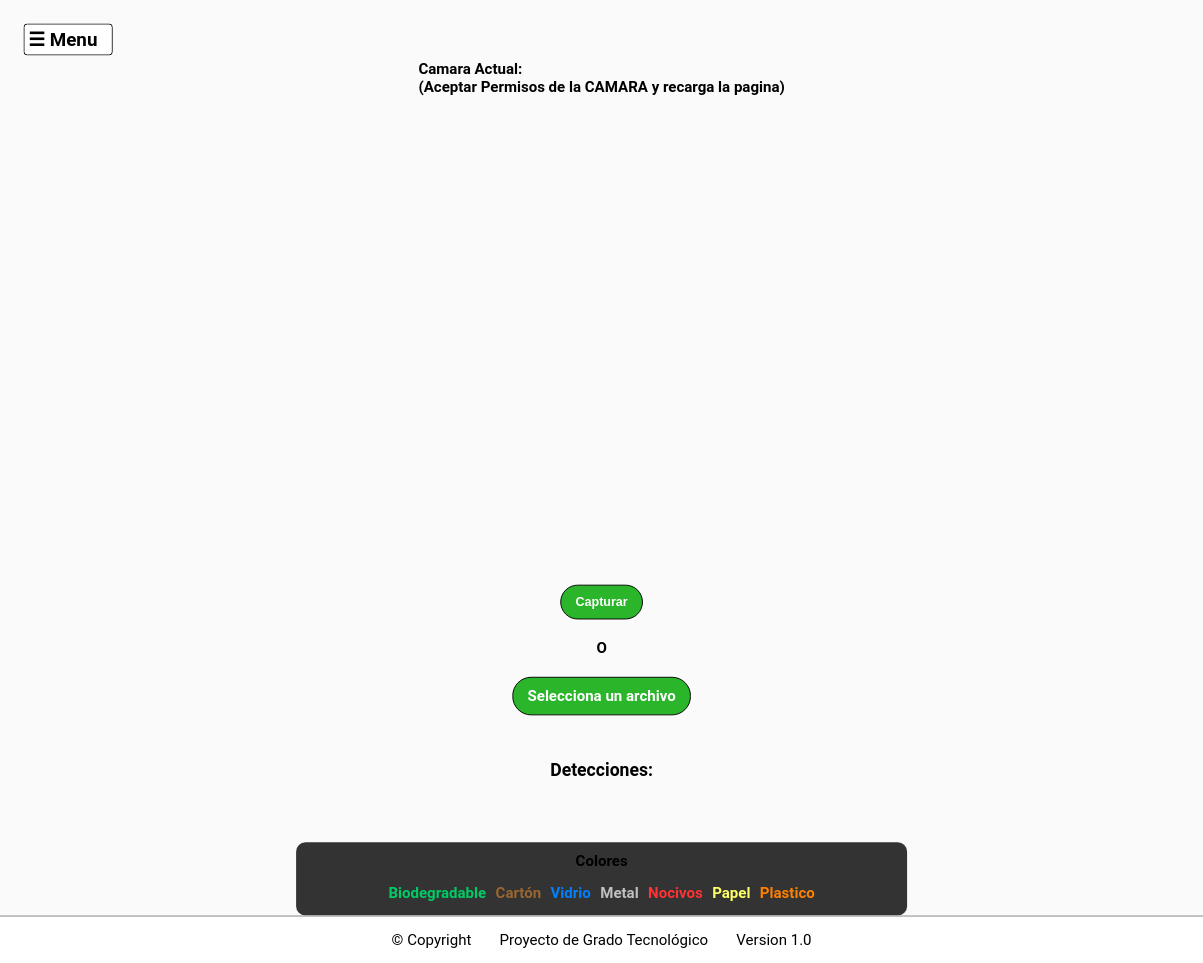
Repository: castecabas/Recicladora
Page: http://localhost/model
These files come from the project's save history. The page is drawn as it stood at one moment and after the next save; the edit follows.
The browser window is 1280 px wide. The pictures show the whole page, at 94% of full size.
Pictures or frames that could not be fetched are drawn as grey boxes. The page is served by the project's application, run on Flask 3 (src/index.py). Other server files are loaded and not shown.

Above is the page before, as saved 2024-12-22 20:34:26.

### src/templates/model.html
<!DOCTYPE html>
<html lang="en">

<head>
    <meta charset="UTF-8">
    <meta name="viewport" content="width=device-width, initial-scale=1.0">
    <title>Clasificador</title>
    <link rel="stylesheet" href="{{ url_for('static', filename='css/model.css') }}">
    <link rel="shortcut icon" href="https://i.postimg.cc/gk7MpWkm/logo.webp" />
</head>

<body>
    <span class="btn_openmenu" onclick="openNav()">&#9776; Menu</span><br><br>
    <nav class="aside" id="aside">
        <div class="overlay"></div>
        <img class="aside_logo" src="https://i.postimg.cc/gk7MpWkm/logo.webp">
        <h1 style="text-decoration: underline;">Opciones</h1>

        <label for="confidenceThreshold">
            <span class="tooltip-container">
                <img class="logo_x"
                    src="https://images.vexels.com/media/users/3/152347/isolated/preview/27304b9b14ce9bd8a28ca637ed92070e-icono-de-signo-de-interrogacion-de-circulo-azul.png"
                    alt="Ayuda">
                <span class="tooltip-text">Es la probabilidad que determina en las predicciones,si es alto es más
                    confiable, aunque puede omitir objetos al no cumplir dicho porcentaje. Si es bajo, será menos
                    confiable, pero detectará aún más.</span>
            </span>
            Umbral de Confianza:
        </label>
        <input type="range" id="confidenceThreshold" min="0.1" max="0.8" step="0.01" value="0.5">
        <span id="confidenceValue" style="color: white;">0.5</span>

        <label for="SwitchCamera">Camara</label>
        <button id="switchCameraBtn">Cambiar de dispositivo</button>
        </a>
        <label class="nav-link-aside" for="darkModeToggle"><input type="checkbox" class="btn_darkmode"
                id="darkModeToggle" hidden>
            Modo Oscuro</label>
        <br>
        <a href="javascript:void(0)" class="closebtn" onclick="closeNav()">Cerrar Menú</a>
        <a href="{{ url_for('index') }}" class="nav-link">Ir a Inicio</a>
    </nav>

    <div class="container">
        <main>
            <div>
                <div>
                    <p>Camara Actual: <span id="currentCamera"></span><br>
                        (Aceptar Permisos de la CAMARA y recarga la pagina)</p>
                    <video id="video" width="640" height="480" autoplay></video><br>
                    <button id="captureBtn">Capturar</button>
                    <p>O</p>
                    <input type="file" id="fileInput" hidden accept="image/*,video/*">
                    <label for="fileInput" id="fileinputlabel">Selecciona un archivo</label>
                </div>
                <br>
                <img id="resultImage">
            </div>
            <canvas id="canvas" width="640" height="480" style="display:none;"></canvas>
            <div>
                <h3>Detecciones:</h3>
                <ul id="detectionsList"></ul>
            </div>
            <div class="colors">
                <label>Colores</label>
                <ul>
                    <li class="bio">Biodegradable</li>
                    <li class="cardb">Cartón</li>
                    <li class="glass">Vidrio</li>
                    <li class="metal">Metal</li>
                    <li class="noxios">Nocivos</li>
                    <li class="paper">Papel</li>
                    <li class="plastic">Plastico</li>
                </ul>
            </div>
        </main>
        {% include 'components/footer.html' %}
    </div>
    <script src="{{ url_for('static', filename='js/model.js') }}"></script>
    <script src="{{ url_for('static', filename='js/dark_mode.js') }}"></script>
</body>

</html>

### src/templates/components/footer.html
<footer class="footer">
    <style>
        .footer {
            width: 100%;
            background-color: white;
            text-align: center;
            padding: 15px;
            box-sizing: border-box;
            position: relative;
            bottom: 0;
            font-family: 'Roboto', sans-serif;
            border-top: 1px solid gray;
            margin-top: auto;
        }

        .footer ul {
            list-style: none;
            padding: 0;
            margin: 0;
            display: flex;
            flex-direction: column;
            align-items: center;
        }

        .footer ul li {
            text-decoration: none;
            margin: 5px 0;
        }

        @media (min-width: 600px) {
            .footer ul {
                flex-direction: row;
                justify-content: center;
            }

            .footer ul li {
                margin: 0 15px;
            }
        }

        /* MODO OSCURO */
        body.dark-mode footer{
            background: rgb(29, 0, 28);
            background: linear-gradient(90deg, rgba(29, 0, 28, 1) 0%, rgba(11, 0, 34, 1) 8%, rgba(0, 0, 22, 1) 100%);
            border-top: 1px solid #686868;
            transition: all 0.3s ease-in;
        }

        body.dark-mode footer li{
            color: white;
        }
    </style>

    <ul>
        <li>© Copyright</li>
        <li>Proyecto de Grado Tecnológico</li>
        <li>Version 1.0</li>
    </ul>

</footer>

### src/index.py
from flask import Flask, render_template, Response, request, jsonify
from yolo_model import YOLOModel
from camera import Camera
import cv2
import numpy as np
import base64

app = Flask(__name__)

yolo_model = YOLOModel('src/model/best.pt')
camera = Camera()

# RUTAS
@app.route('/')
@app.route('/home')
@app.route('/index')
def index():
    return render_template('index.html')

@app.route('/about')
def about():
    return render_template('about.html')

@app.route('/learn')
def learn():
    return render_template('learn.html')

@app.route('/model')
def model():
    return render_template('model.html')

@app.route('/news')
def news():
    return render_template('news.html')

@app.route('/recycle')
def recycle():
    return render_template('recycle.html')

# FUNCIONES

    #NOTE: obtener las camaras
@app.route('/get_cameras')
def get_cameras():
    return jsonify(camera.get_camera_list())

    #NOTE: cambiar camara
@app.route('/switch_camera/<int:camera_id>')
def switch_camera(camera_id):
    camera.select_camera(camera_id)
    return "OK"

    #NOTE: detectar dicha imagen
@app.route('/detect', methods=['POST'])
def detect():
    try:
        if 'file' not in request.files:
            return jsonify({'error': 'No file part'}), 400

        file = request.files['file']
        confidence = float(request.form.get('confidence', 0.25))

        # Lee la imagen del archivo
        npimg = np.fromfile(file, np.uint8)
        img = cv2.imdecode(npimg, cv2.IMREAD_COLOR)

        # Detecta objetos usando el modelo YOLO
        results = yolo_model.detect(img, conf_threshold=confidence)
        if results is None:
            return jsonify({'error': 'No detections returned from model'}), 500

        # Dibuja los cuadros de detección en la imagen
        processed_img = yolo_model.draw_boxes(img, results)

        # Codifica la imagen procesada en base64 para enviar al cliente
        _, buffer = cv2.imencode('.jpg', processed_img)
        img_base64 = base64.b64encode(buffer).decode('utf-8')

        return jsonify({
            'image': f'data:[embedded picture, 35 characters]',
            'detections': results
        })
    except Exception as e:
        print(f"Error during detection: {e}")
        return jsonify({'error': str(e)}), 500

# EJECUCION
if __name__ == '__main__':
    app.run(debug=True)

### src/static/css/model.css
html,
body {

    margin: 0;
    padding: 0;
    font-family: 'Roboto', sans-serif;
    background-color: #fafafa;
    display: flex;
    flex-direction: column;
    min-height: 100vh;
    transition: all 0.5s ease;
}

main {
    max-height: auto;
}

.btn_openmenu {
    font-size: 20px;
    cursor: pointer;
    position: fixed;
    background-color: white;
    border-radius: 4px;
    border: 1px solid black;
    margin: 25px;
    padding: 4px;
    padding-right: 15px;
    z-index: 100;
    font-weight: 600;
}

.btn_openmenu:hover {
    background-color: rgb(209, 209, 209);
}

.container {
    display: flex;
    flex-direction: column;
    min-height: 100vh;
    width: 100%;
    /* Asegura que ocupe todo el ancho */
    align-items: center;
    margin: 0;
    box-sizing: border-box;
}

main div {
    display: flex;
    flex-direction: column;
    align-items: center;
    justify-content: center;
    flex-grow: 1;
    width: 100%;
    max-width: 800px;
    box-sizing: border-box;
}

main div * {
    padding: 5px;
}

main div p {
    font-weight: bold;
}

main div #video {
    border-radius: 20px;
    max-width: 640px;
    width: 100%;
    max-height: 700px;
    aspect-ratio: 4/3;
    padding: 0;
}

main div #resultImage {
    border-radius: 20px;
    max-width: 640px;
    width: 100%;
    max-height: 740px;
    padding: 0;
    border: 0px;
    box-shadow: 10px 10px 15px rgba(0, 0, 0, 0.5);
}

@media(max-width:638px){
    main div #resultImage{
        border-radius: 0;
        box-shadow: none;
    }
}

main div #captureBtn,
main div #fileinputlabel {
    border-radius: 20px;
    background-color: #2AB52A;
    color: white;
    font-weight: bold;
    padding: 10px 15px 10px 15px;
    border: 1px solid black;
}

main div #captureBtn:hover,
main div #fileInput:hover {
    background-color: #219121;
}

main div ul#detectionsList{
    overflow-y: auto;
    max-height: 200px;
    width: 90vw;
    max-width: 634px;

}

main div ul#detectionsList li{
    font-size: large;
}


.aside {
    background: url(https://i.postimg.cc/8kbKKzK0/model-aside.webp);
    background-repeat: no-repeat;
    background-size: cover;
    height: 100%;
    width: 0;
    position: fixed;
    z-index: 100;
    top: 0;
    left: 0;
    background-color: #111;
    overflow-x: hidden;
    transition: 0.5s;
    justify-content: center;
    color: white;
    display: flex;
    flex-direction: column;
    text-align: center;
    align-items: center;
}

.aside * {
    margin: 5px 20px 5px 20px;
    font-weight: bold;
    z-index: 102;
    padding: 8px;
    color: #31ca31;
}

.aside .overlay {
    position: absolute;
    margin: 0;
    top: 0;
    left: 0;
    right: 0;
    bottom: 0;
    background-color: rgba(0, 0, 0, 0.55);
    z-index: 101;
}

.aside img.aside_logo {
    aspect-ratio: 1/1;
    max-width: 100px;
}

@media(max-height:850px){
    .aside img.aside_logo{
        display: none;
    }
}


.aside h1 {
    color: #2AB52A;

}

.aside .closebtn {
    text-decoration: none;
    color: white;
    border-radius: 4px;
    background-color: #206BCE;
    padding: 10px 15px 10px 15px;
    border: 1px solid black;
    width: 134px;
}

.aside .closebtn:hover {
    background-color: #1a58a8;
}

.aside .logo_x {
    position: relative;
    padding-left: 0px;
    margin: 0px;
    aspect-ratio: 1/1;
    height: 20px;
    cursor: pointer;
}


/* Estilos del contenedor del tooltip */
.tooltip-container {
    position: relative;
    display: inline-block;
    padding: 0;
    margin: 0;
}

/* Ocultar el tooltip por defecto */
.tooltip-text {
    opacity: 0;
    /* Oculto por defecto */
    width: 135px;
    background-color: #2ea664;
    color: #f5f6fc;
    text-align: center;
    font-size: small;
    padding: 5px;
    border-radius: 5px;
    position: absolute;
    top: -120px;
    /* Ajusta la posición para que esté sobre la imagen */
    left: 50%;
    transform: translateX(-25%);
    transition: opacity 0.3s ease-in-out;

    /* Transición suave */
    z-index: 9000;
}

/* Flecha del tooltip */
.tooltip-text::after {
    content: "";
    position: absolute;
    bottom: -5px;
    /* Flecha debajo del tooltip */
    left: 50%;
    transform: translateX(-50%);
    border-width: 5px;
    border-style: solid;
    border-color: #333 transparent transparent transparent;
}

/* Mostrar el tooltip al pasar el ratón sobre la imagen */
.tooltip-container:active .tooltip-text ,.tooltip-container:hover .tooltip-text{
    opacity: 1;
    animation: hideTooltip 18s forwards;
    /* Inicia la animación para ocultarlo después de 3 segundos */
}

/* Animación para ocultar el tooltip */
@keyframes hideTooltip {
    0% {
        opacity: 1;
    }

    90% {
        opacity: 1;
    }

    100% {
        opacity: 0;
    }
}


.aside #confidenceThreshold {
    accent-color: #2AB52A;
    background-color: white;
}


.aside .colors li{
    list-style: none;
}


.aside #switchCameraBtn {
    border-radius: 4px;
    background-color: #2AB52A;
    color: white;
    border: 1px solid black;
}

.aside #switchCameraBtn:hover {
    background-color: #219121;
}

.aside .nav-link,
.aside .nav-link-aside {
    text-decoration: none;
    color: white;
    background-color: #206BCE;
    border-radius: 4px;
    max-width: 75vw;
    padding: 10px 15px 10px 15px;
    border: 1px solid black;
    width: 134px;
    font-size: large;
}

.aside .nav-link:hover {
    background-color: #1a58a8;
}

.aside .nav-link-aside {
    background-color: #31ca31;
    font-size: small;
}

.aside .nav-link-aside:hover {
    background-color: #2AB52A;
    cursor: pointer;
}

label#fileinputlabel:hover {
    cursor: pointer;
    background-color: #2AB52A;
}

div.colors{
    background: #333333;
    border-radius: 10px;
    padding: 5px;

    label{
        font-weight: bold;
    }

    ul{
        margin: 0;
        display: flex;
        flex-direction: row;

        li{
            list-style-type: none;
            font-weight: 600;
        }
    }


    .bio{
        color: #00cc66;
    }
    .cardb{
        color: #996633;
    }
    .glass{
        color: #0080ff;
    }
    .metal{
        color: #c0c0c0;
    }
    .noxios{
        color: #ff3333;
    }
    .paper{
        color: #ffff66;
    }
    .plastic{
        color: #ff8000;
    }
}


/* MODO OSCURO */

body.dark-mode {
    background-color: #000014;
}

body.dark-mode #video {
    border: 1px outset white;
}

body.dark-mode .container p,
body.dark-mode .container h3 {
    color: white;
}

body.dark-mode .container p,
body.dark-mode .container ul#detectionsList li {
    color: white;
}

### src/static/js/model.js
let currentCameraIndex = 0;
let cameras = [];
const clsname = [
    "Comida", "Planta", "Fruta o Verdura", "Base de Carton", "Caja de Carton",
    "Contenedor de Carton", "Forma de Carton", "Botella de Vidrio", "Vajilla de Vidrio",
    "Fragmentos de Vidrio", "Frasco de Vidrio", "Jarra de Vidrio", "Aluminio",
    "Contenedor Metalico", "Latas de Alimento", "Menaje Metalico", "Metal Menor",
    "Utensilio Metalico", "Bateria o Pila", "Carta de Papel", "Recibo o Factura",
    "Periodico o Revista", "Forma de Papel", "Papel de Higiene", "Bolsa de Plastico",
    "Botella de Plastico", "Contenedor de Plastico", "Envase de Plastico",
    "Vajilla de Plastico", "Tapa de Plastico", "Utensilio de Plastico"
  ];
let confidenceThreshold = 0.5;

const parrafo = document.getElementById("confidenceValue");

const valorDecimal = parseFloat(parrafo.textContent);
const valorPorcentaje = valorDecimal * 100;
parrafo.textContent = valorPorcentaje + "%";

document.addEventListener('DOMContentLoaded', function () {
    fetchCameras();

    document.getElementById('switchCameraBtn').addEventListener('click', switchCamera);
    document.getElementById('captureBtn').addEventListener('click', captureAndDetect);
    document.getElementById('fileInput').addEventListener('change', handleFileSelect);

    const confidenceSlider = document.getElementById('confidenceThreshold');
    const confidenceValue = document.getElementById('confidenceValue');

    confidenceSlider.addEventListener('input', function () {
        confidenceThreshold = parseFloat(this.value);
        confidenceValue.textContent = confidenceThreshold.toFixed(2);
        const valorDecimal = parseFloat(parrafo.textContent);
        const valorPorcentaje = valorDecimal * 100;
        parrafo.textContent = valorPorcentaje.toFixed(0) + "%";
    });
});

function fetchCameras() {
    navigator.mediaDevices.enumerateDevices()
        .then(devices => {
            cameras = devices.filter(device => device.kind === 'videoinput');
            updateCurrentCamera();
        })
        .catch(error => {
            console.error('Error enumerating devices:', error);
        });
}

async function switchCamera() {
    currentCameraIndex = (currentCameraIndex + 1) % cameras.length;
    updateCurrentCamera();

    try {
        const stream = await navigator.mediaDevices.getUserMedia({
            video: { deviceId: { ideal: cameras[currentCameraIndex].deviceId } }
        });
        document.getElementById('video').srcObject = stream;
    } catch (error) {
        console.error('Error switching camera:', error);
    }
}

function updateCurrentCamera() {
    const cameraInfo = cameras[currentCameraIndex] ? cameras[currentCameraIndex].label : 'Unknown';
    document.getElementById('currentCamera').textContent = cameraInfo;
}

function captureAndDetect() {
    const video = document.getElementById('video');
    const canvas = document.getElementById('canvas');
    const context = canvas.getContext('2d');

    context.drawImage(video, 0, 0, canvas.width, canvas.height);
    canvas.toBlob(blob => {
        const formData = new FormData();
        formData.append('file', blob, 'capture.jpg');
        formData.append('confidence', confidenceThreshold);
        detectObjects(formData);
    }, 'image/jpeg');
}

function handleFileSelect(event) {
    const file = event.target.files[0];
    const formData = new FormData();
    formData.append('file', file);
    formData.append('confidence', confidenceThreshold);
    detectObjects(formData);
}

function detectObjects(formData) {
    fetch('/detect', {
        method: 'POST',
        body: formData
    })
        .then(response => response.json())
        .then(data => {
            document.getElementById('resultImage').src = data.image;
            updateDetectionsList(data.detections);
        })
        .catch(error => {
            console.error('Error detecting objects:', error);
        });
}

function updateDetectionsList(detections) {
    const list = document.getElementById('detectionsList');
    list.innerHTML = '';
    detections.forEach(detection => {
        const [x1, y1, x2, y2, conf, cls] = detection;
        const li = document.createElement('li');
        li.textContent = `Clase: ${clsname[cls] || 'Desconocido'}, Confianza: ${conf.toFixed(2) * 100} %`;
        list.appendChild(li);
    });
}

async function initializeCamera() {
    try {
        const stream = await navigator.mediaDevices.getUserMedia({ video: true });
        document.getElementById('video').srcObject = stream;
    } catch (error) {
        console.error('Error accessing camera:', error);
    }
}

function openNav() {
    document.getElementById("aside").style.width = "250px";
}

function closeNav() {
    document.getElementById("aside").style.width = "0";
}

initializeCamera();

### src/static/js/dark_mode.js
document.addEventListener("DOMContentLoaded", () => {
    const toggle = document.getElementById("darkModeToggle");
    const darkModeEnabled = localStorage.getItem("darkMode") === "enabled";

    if (darkModeEnabled) {
        document.body.classList.add("dark-mode");
        toggle.checked = true;
    }

    toggle.addEventListener("change", () => {
        if (toggle.checked) {
            document.body.classList.add("dark-mode");
            localStorage.setItem("darkMode", "enabled");
        } else {
            document.body.classList.remove("dark-mode");
            localStorage.setItem("darkMode", "disabled");
        }
    });
});

After the next save:
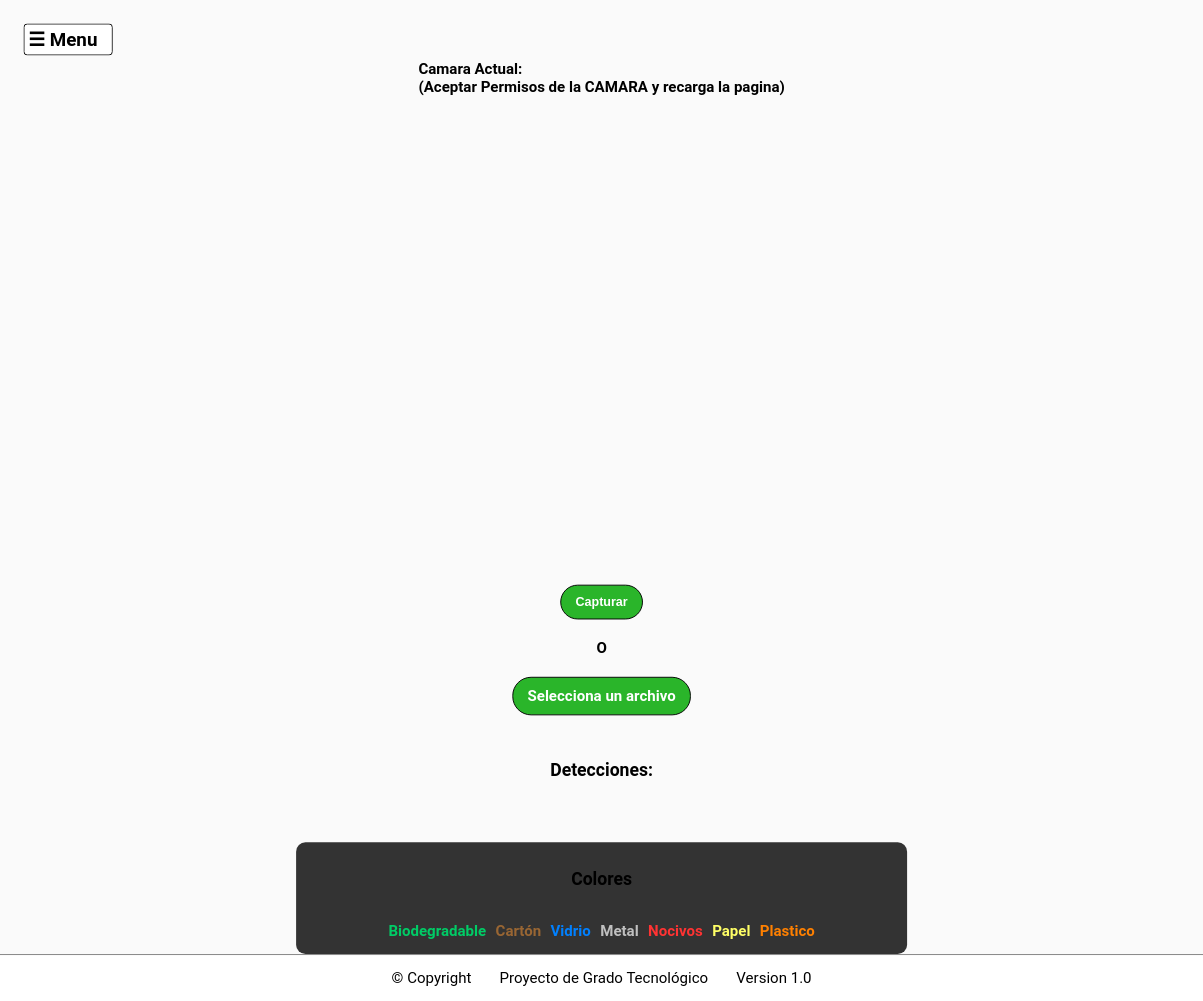
Saved 19 s later.
--- a/src/templates/model.html
+++ b/src/templates/model.html
@@ -62,7 +62,7 @@
                 <ul id="detectionsList"></ul>
             </div>
             <div class="colors">
-                <label>Colores</label>
+                <h3>Colores</h3>
                 <ul>
                     <li class="bio">Biodegradable</li>
                     <li class="cardb">Cartón</li>
